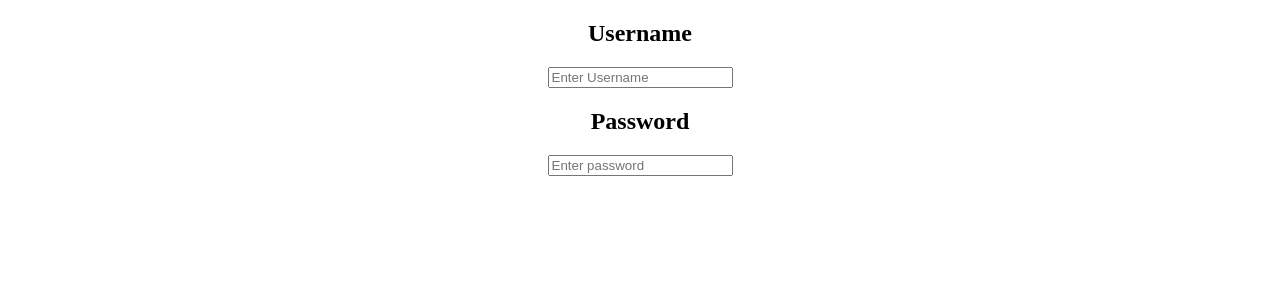
Repository: Avi7050/Web-Projects
Page: Login_Project/src/main/webapp/index.html
The author's editor kept a copy of each file at every save. The page is drawn from the files as they stood at one save, then again after a run of saves.
The browser window is 1280 px wide. The pictures show the whole page.

Above is the page before, as saved 2024-01-10 11:59:33.

After the next 2 saves:
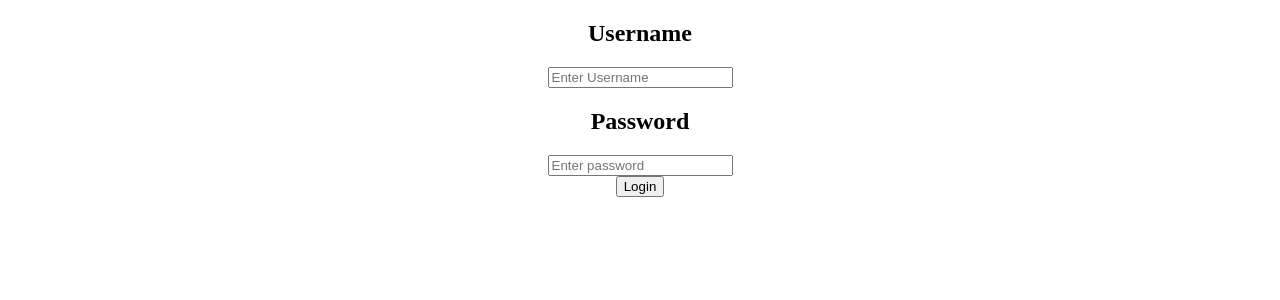
The 2 saves are shown as one change because they came seconds apart.
The last was saved 26 s later.
--- a/Login_Project/src/main/webapp/index.html
+++ b/Login_Project/src/main/webapp/index.html
@@ -8,7 +8,8 @@
 		<h2>Username </h2>
 		<input type="text" name="userName" placeholder="Enter Username"/><br>
 		<h2>Password </h2>
-		<input type="password" name="password" placeholder="Enter password"/>
+		<input type="password" name="password" placeholder="Enter password"/><br>
+		<button>Login</button>
 		</div>
 	</body>
 </html>
